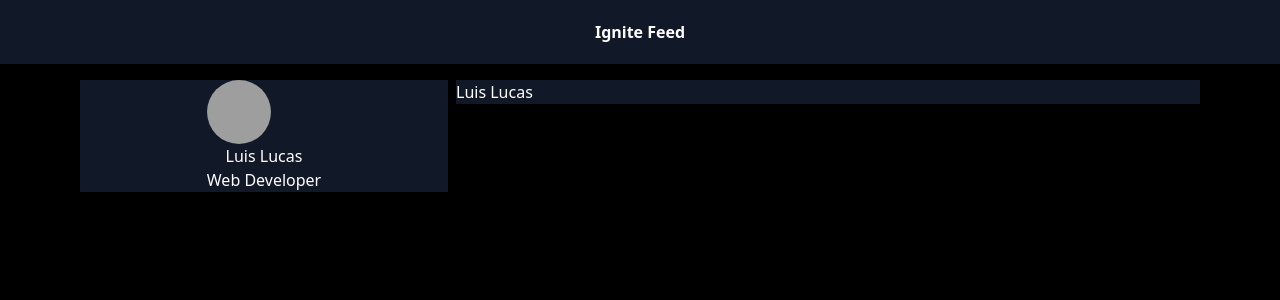
Repository: LuisSempre/ignite-feed
Page: /
These files come from the project's save history. The page is drawn as it stood at one moment and after the next save; the edit follows.
The browser window is 1280 px wide. The pictures show the whole page.
Pictures or frames that could not be fetched are drawn as grey boxes. The project was rebuilt for these pictures with package versions that can differ from the ones it lists, and the page was loaded fresh each time. Also part of the build but not shown: vite.config.js.

Above is the page before, as saved 2022-07-13 21:32:16.

### src/App.jsx
import { Header } from "./Components/Header"
import { Sidebar } from "./Components/Sidebar"
function App() {
  return (
    <div>
      <Header />
      <div className="max-w-6xl mx-auto p-4 grid grid-cols-3 gap-2 items-start">
        <Sidebar />
        <div className="bg-gray-900 col-span-2">
          Luis Lucas
        </div>
      </div>
    </div>
  );
}

export default App;

### src/index.css
@tailwind base;
@tailwind components;
@tailwind utilities;

* {
    @apply bg-black text-white;
}

h1, span {
    @apply bg-gray-900
}

### src/Components/Header.jsx
export function Header() {
  return (
    <div className="flex max-w-7xl items-center justify-center h-16 bg-gray-900">
      <h1 className="font-bold bg-gray-900">Ignite Feed</h1>
    </div>
  )
}

### src/Components/Sidebar.jsx
export function Sidebar() {
  return (
    <div className="bg-gray-900 justify-center items-center grid text-center overflow-hidden object-cover">
      <img
        className="w-16 h-16 rounded-full"
        src="https://avatars.githubusercontent.com/u/32404639?v=4"
        alt=""
      />
      <h1>Luis Lucas</h1>
      <span>Web Developer</span>
    </div>
  );
}

Loaded but not shown: index.html (common file); src/main.jsx (common file); tailwind.config.js (common file)

After the next save:
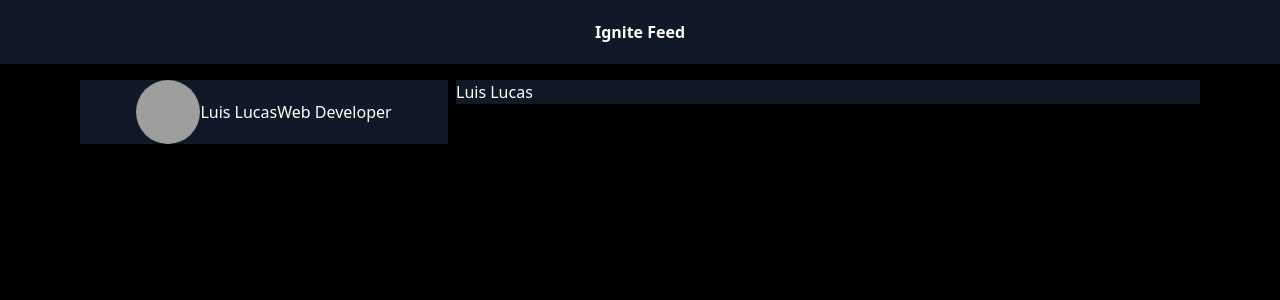
Saved 31 s later.
--- a/src/Components/Sidebar.jsx
+++ b/src/Components/Sidebar.jsx
@@ -1,6 +1,6 @@
 export function Sidebar() {
   return (
-    <div className="bg-gray-900 justify-center items-center grid text-center overflow-hidden object-cover">
+    <div className="bg-gray-900 justify-center items-center flex flex-auto text-center overflow-hidden object-cover">
       <img
         className="w-16 h-16 rounded-full"
         src="https://avatars.githubusercontent.com/u/32404639?v=4"
